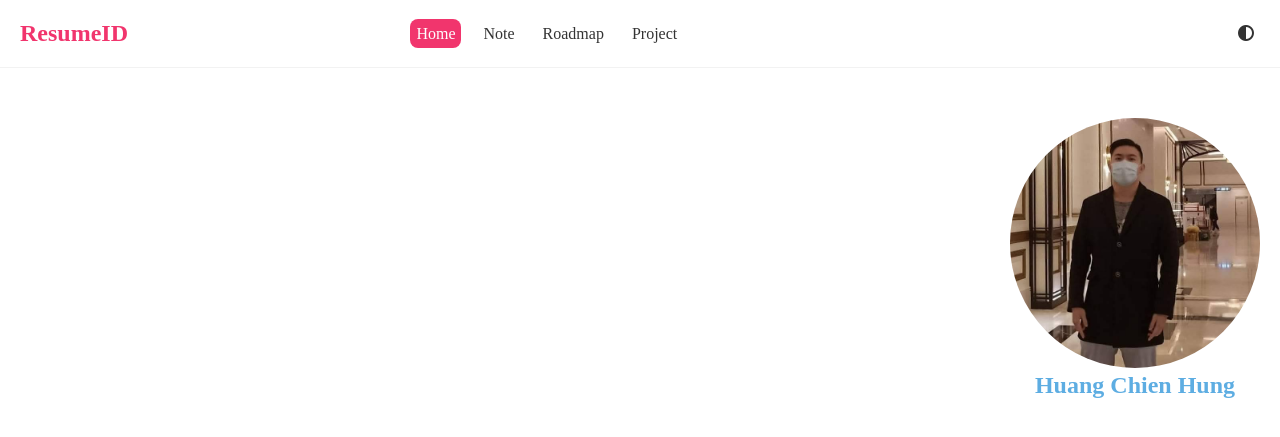
Repository: leo-play-code/ResumeID
Page: /
These files come from the project's save history. The page is drawn as it stood at one moment and after the next save; the edit follows.
The browser window is 1280 px wide. The pictures show the whole page.
Some web libraries are served in a nearby version. The project was rebuilt for these pictures with package versions that can differ from the ones it lists, and the page was loaded fresh each time. Also part of the build but not shown: src/Note/Note.js, src/Roadmap/Roadmap.js, src/Project/Project.js.

Above is the page before, as saved 2022-10-18 14:15:30.

### public/index.html
<!DOCTYPE html>
<html lang="en">
  <head>
    <meta charset="utf-8" />
    <link rel="icon" href="%PUBLIC_URL%/favicon.ico" />
    <meta name="viewport" content="width=device-width, initial-scale=1" />
    <meta name="theme-color" content="#000000" />
    <meta
      name="description"
      content="Web site created using create-react-app"
    />
    <link rel="apple-touch-icon" href="%PUBLIC_URL%/logo192.png" />
    <link rel="manifest" href="%PUBLIC_URL%/manifest.json" />

    <!-- fontawesome -->
    <script src="https://kit.fontawesome.com/14e9a4f90b.js" crossorigin="anonymous"></script>
    <title>React App</title>
  </head>
  <body>
    <noscript>You need to enable JavaScript to run this app.</noscript>
    <div id="root"></div>
  </body>
</html>

### src/index.css
/* base styles */
* {
  margin: 0;
  font-family: "Quicksand";
  color: #333;
}
.navbar {
  padding: 20px;
  display: flex;
  align-items: center;
  max-width: 100%;
  margin: 0 auto;
  border-bottom: 1px solid #f2f2f2;
}
.navbar h1 {
  color: #f1356d;
}
.navbar-center{
  margin-inline: auto;
}
.navbar-center .page-selected{
  color:white;
  background: #f1356d;
  border-radius: 8px;
  pointer-events: none;
}
.navbar .navbar-right {
  margin-left: auto;
}
.navbar a {
  margin-left: 16px;
  text-decoration: none;
  padding: 6px;
}
.navbar a:hover {
  color: #f1356d;
}
.content {
  max-width: 600px;
  margin: 40px auto;
  padding: 20px;
}

/* Home */
.Home .profile-container{
  height: 500px;
}
.Home .picture img{
  border-radius: 50%;
  max-width: 250px;
}
.Home .profile .MainName{
  color:#5DADE2;
}

.Home .profile .introduction{
  width: 600px;
  height:300px ;
  float:left;
}

.Home .profile .picture{
  margin-top: 50px;
  margin-right:20px;
  margin-left: 50px;
  margin-bottom: 20px;
  text-align: center;
  float:right;
}

### src/App.js
import Navbar from './Navbar/Navbar';
import { BrowserRouter as Router,Route,Switch} from 'react-router-dom'
import Home from './Home/Home';
import Note from './Note/Note';
import Roadmap from './Roadmap/Roadmap';
import Project from './Project/Project';

function App(){
    return (
        <Router>
            <div className="App">
            <Navbar />
                <Switch>
                    <Route exact path='/'>
                        <Home />
                    </Route>
                    <Route exact path='/Note'>
                        <Note />
                    </Route>
                    <Route exact path='/Roadmap'>
                        <Roadmap />
                    </Route>
                    <Route exact path='/Project'>
                        <Project />
                    </Route>

                </Switch>
            </div>
        </Router>

    )
}

export default App;

### src/Navbar/Navbar.js
import { useEffect, useState } from 'react';
import {Link} from 'react-router-dom';

function Navbar(){
    const [navbar_state,setPageState] = useState('');
    function ChangeColor(){
        console.log('changecolor')
    }
    function PageSelected(navbar_state){
        setPageState(navbar_state)
    }
    useEffect(()=>{
        const init_url_arr = window.location.href.split('/')
        const init_url_page = init_url_arr[init_url_arr.length-1]
        setPageState(init_url_page)
    })
    return (
        <nav className="navbar">
            <h1>ResumeID</h1>
            <span className='navbar-center'>
                {(navbar_state == '')&& <Link to="/" className='page-selected'>Home</Link>}
                {!(navbar_state == '')&&<Link to="/" onClick={()=>PageSelected('Home')}>Home</Link>}
                {(navbar_state == 'Note')&& <Link to="/Note" className='page-selected'>Note</Link>}
                {!(navbar_state == 'Note')&&<Link to="/Note" onClick={()=>PageSelected('Note')}>Note</Link>}
                {(navbar_state == 'Roadmap')&& <Link to="/Roadmap" className='page-selected'>Roadmap</Link>}
                {!(navbar_state == 'Roadmap')&&<Link to="/Roadmap" onClick={()=>PageSelected('Roadmap')}>Roadmap</Link>}
                {(navbar_state == 'Project')&& <Link to="/Project" className='page-selected'>Project</Link>}
                {!(navbar_state == 'Project')&&<Link to="/Project" onClick={()=>PageSelected('Project')}>Project</Link>}
            </span>
            <div className="navbar-right">
                <a onClick={ChangeColor}><i className="fa-solid fa-circle-half-stroke"></i></a>
            </div>
        </nav>
    )
}

export default Navbar ;

### src/Home/Home.js


function Home(){
    const pic = require('./static/image/selfy.jpg');
    return(
        <div className="Home">
            <div className='profile'>
                <div className="introduction">

                </div>
                <div className="picture">
                    <img src={pic} alt="" />
                    <h2 className='MainName'>Huang Chien Hung</h2>
                </div>
            </div>


        </div>
    )
}


export default Home ;

Loaded but not shown: src/index.js (common file); src/reportWebVitals.js (common file)

After the next save:
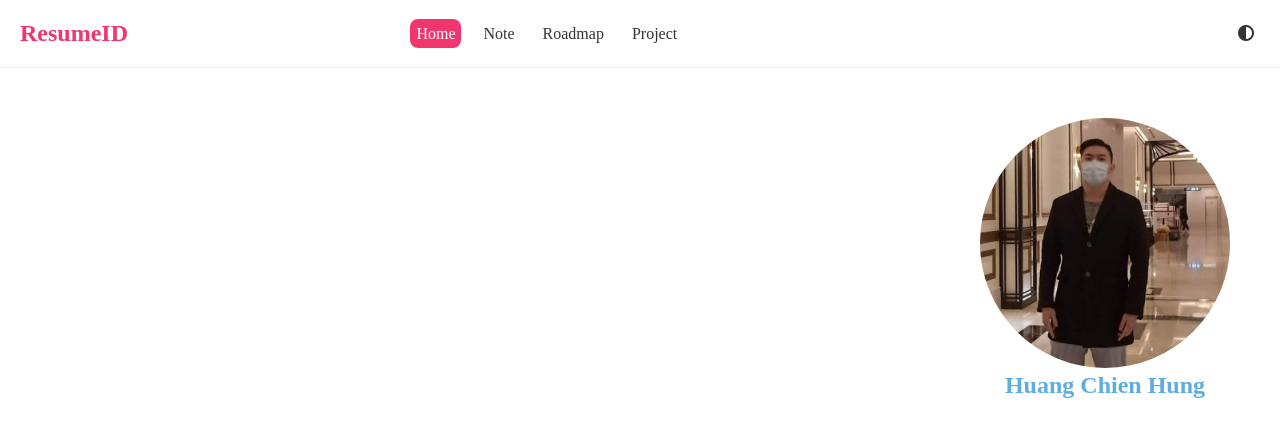
Saved 13 s later.
--- a/src/index.css
+++ b/src/index.css
@@ -61,7 +61,7 @@
 
 .Home .profile .picture{
   margin-top: 50px;
-  margin-right:20px;
+  margin-right:50px;
   margin-left: 50px;
   margin-bottom: 20px;
   text-align: center;
